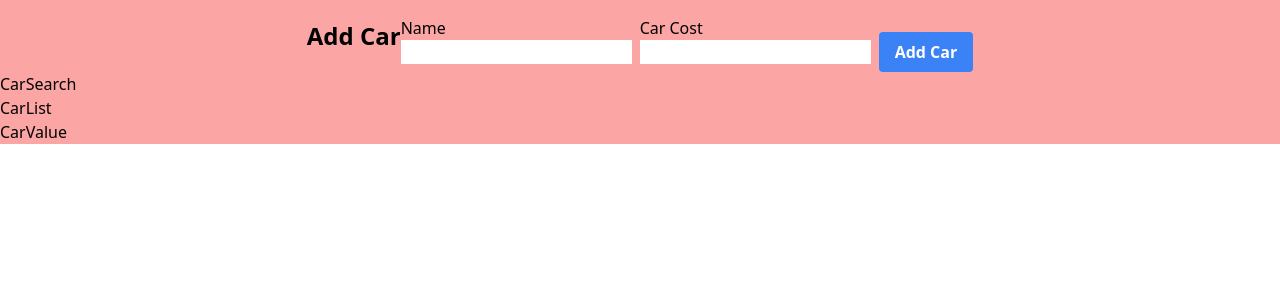
Repository: Marhamat92/carsappreduxtoolkit
Page: /
These files come from the project's save history. The page is drawn as it stood at one moment and after the next save; the edit follows.
The browser window is 1280 px wide. The pictures show the whole page.
The project was rebuilt for these pictures with package versions that can differ from the ones it lists, and the page was loaded fresh each time.

Above is the page before, as saved 2023-01-23 21:03:08.

### src/index.js
import React from 'react';
import ReactDOM from 'react-dom/client';
import './index.css';
import App from './App';
import { Provider } from 'react-redux';
import { store } from './store'


const root = ReactDOM.createRoot(document.getElementById('root'));
root.render(
  <Provider store={store}>
    <App />
  </Provider>
);

### src/App.js
import CarForm from "./components/CarForm";
import CarList from "./components/CarList";
import CarSearch from "./components/CarSearch";
import CarValue from "./components/CarValue";


function App() {
  return (
    <div className="container mx-auto  bg-red-300">
      <CarForm />
      <CarSearch />
      <CarList />
      <CarValue />
    </div>
  );
}

export default App;

### src/store/index.js
import { configureStore } from "@reduxjs/toolkit";
import {
  carsReducer,
  addCar,
  removeCar,
  changeSearchTerm,
} from "./slices/carsSlice";
import { formReducer, changeName, changeCost } from "./slices/formSlice";

const store = configureStore({
  reducer: {
    cars: carsReducer,
    form: formReducer,
  },
})

export { store, addCar, removeCar, changeSearchTerm, changeName, changeCost };

### src/components/CarForm.js
import React from 'react'

function CarForm() {
  return (
    <div className='flex items-center justify-center'>
      <h1 className='font-bold text-2xl' >Add Car</h1>
      <div className='mt-4'>
        <form className='flex flex-row space-x-2'>
          <div className='flex flex-col'>
            <label htmlFor='make'>Name</label>
            <input type='text' name='carName' id='carName' />
          </div>
          <div className='flex flex-col'>
            <label htmlFor='price'>Car Cost</label>
            <input type='text' name='price' id='price' />
          </div>
          <button className='bg-blue-500 hover:bg-blue-700 text-white font-bold py-2 px-4 rounded mt-4' type='submit'>Add Car</button>
        </form>
      </div>
    </div>
  )
}

export default CarForm

### src/components/CarList.js
import React from 'react'

function CarList() {
  return (
    <div>CarList</div>
  )
}

export default CarList

### src/components/CarSearch.js
import React from 'react'

function CarSearch() {
  return (
    <div>CarSearch</div>
  )
}

export default CarSearch

### src/components/CarValue.js
import React from 'react'

function CarValue() {
  return (
    <div>CarValue</div>
  )
}

export default CarValue

### src/store/slices/carsSlice.js
import { createSlice, nanoid } from '@reduxjs/toolkit';

const carsSlice = createSlice({
  name: 'cars',
  initialState: {
    cars: [],
    searchTerm: ''
  },
  reducers: {
    changeSearchTerm(state, action) {
      state.searchTerm = action.payload;
    },
    addCar(state, action) {
      //Assumption:
      //action.payload is an object with the following properties:
      //name, cost, id
      state.cars.push({
        name: action.payload.name,
        cost: action.payload.cost,
        id: nanoid()
      })
    },
    removeCar(state, action) {
      //Assumption:
      //action.payload is the id of the car to remove
      const updatedCars = state.cars.filter((car) => {
        return car.id !== action.payload;
      })
      state.cars = updatedCars;
    }

  }
})

export const { changeSearchTerm, addCar, removeCar } = carsSlice.actions;
export const carsReducer = carsSlice.reducer;

### src/store/slices/formSlice.js
import { createSlice } from '@reduxjs/toolkit';

const formSlice = createSlice({
  name: 'form',
  initialState: {
    name: '',
    cost: 0
  },
  reducers: {
    changeName(state, action) {
      state.name = action.payload;
    },
    changeCost(state, action) {
      state.cost = action.payload;
    }
  }
})

export const { changeName, changeCost } = formSlice.actions;
export const formReducer = formSlice.reducer;

Loaded but not shown: public/index.html (common file); src/index.css (common file); tailwind.config.js (common file)

After the next save:
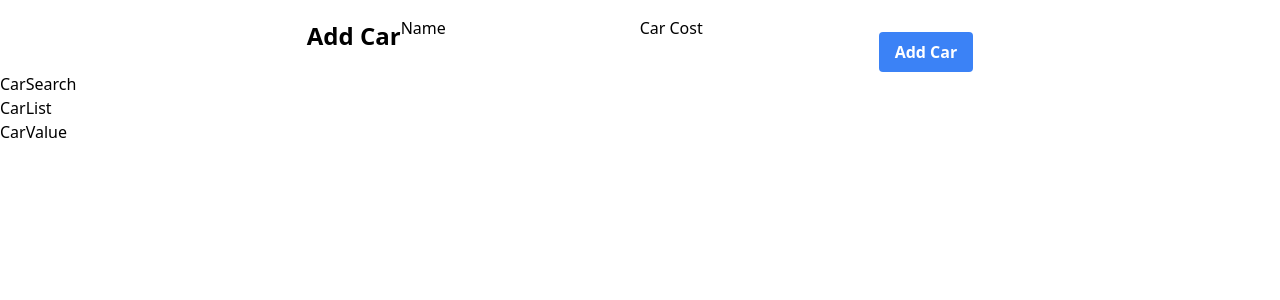
Saved 15 s later.
--- a/src/App.js
+++ b/src/App.js
@@ -6,7 +6,7 @@
 
 function App() {
   return (
-    <div className="container mx-auto  bg-red-300">
+    <div className="container mx-auto">
       <CarForm />
       <CarSearch />
       <CarList />

After the save that followed:
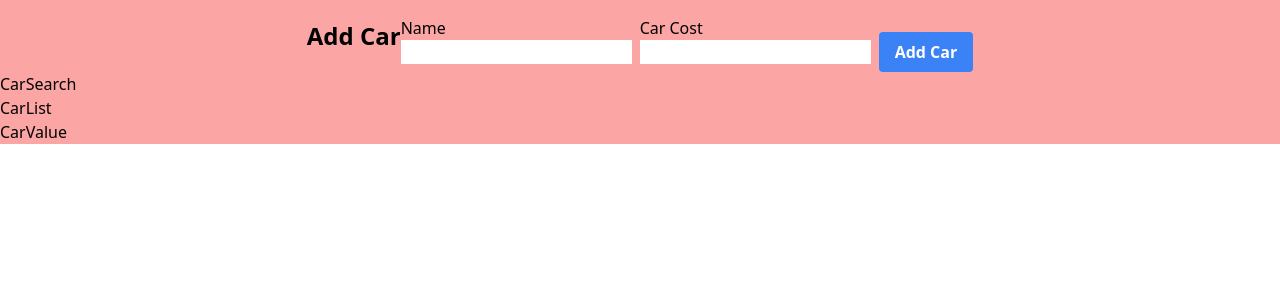
Saved 7 s later.
--- a/src/App.js
+++ b/src/App.js
@@ -6,7 +6,7 @@
 
 function App() {
   return (
-    <div className="container mx-auto">
+    <div className="container mx-auto  bg-red-300">
       <CarForm />
       <CarSearch />
       <CarList />
